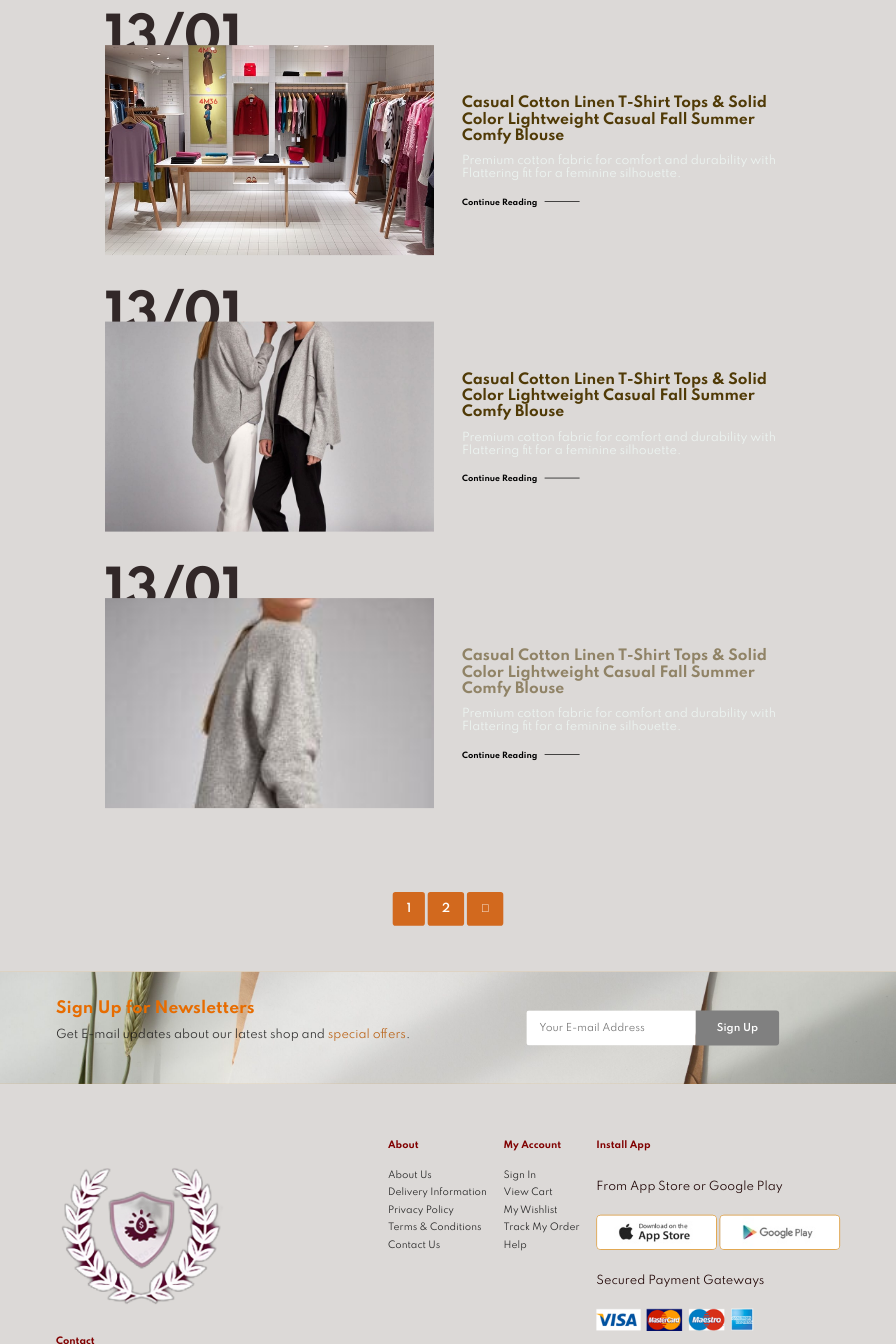
Repository: JhananiNallasamy/ECommerce-website-deployment
Page: blog.html
An editor plug-in stored every save of this project. The page is shown before and after the next save, followed by the edit.
The browser window is 1280 px wide. The pictures show the part of the page from y = 1308 to 3228 px (the page is 3598 px tall), at 70% of full size.
Some web libraries are served in a nearby version.

Above is the page before, as saved 2024-05-05 10:36:14.

After the next save:
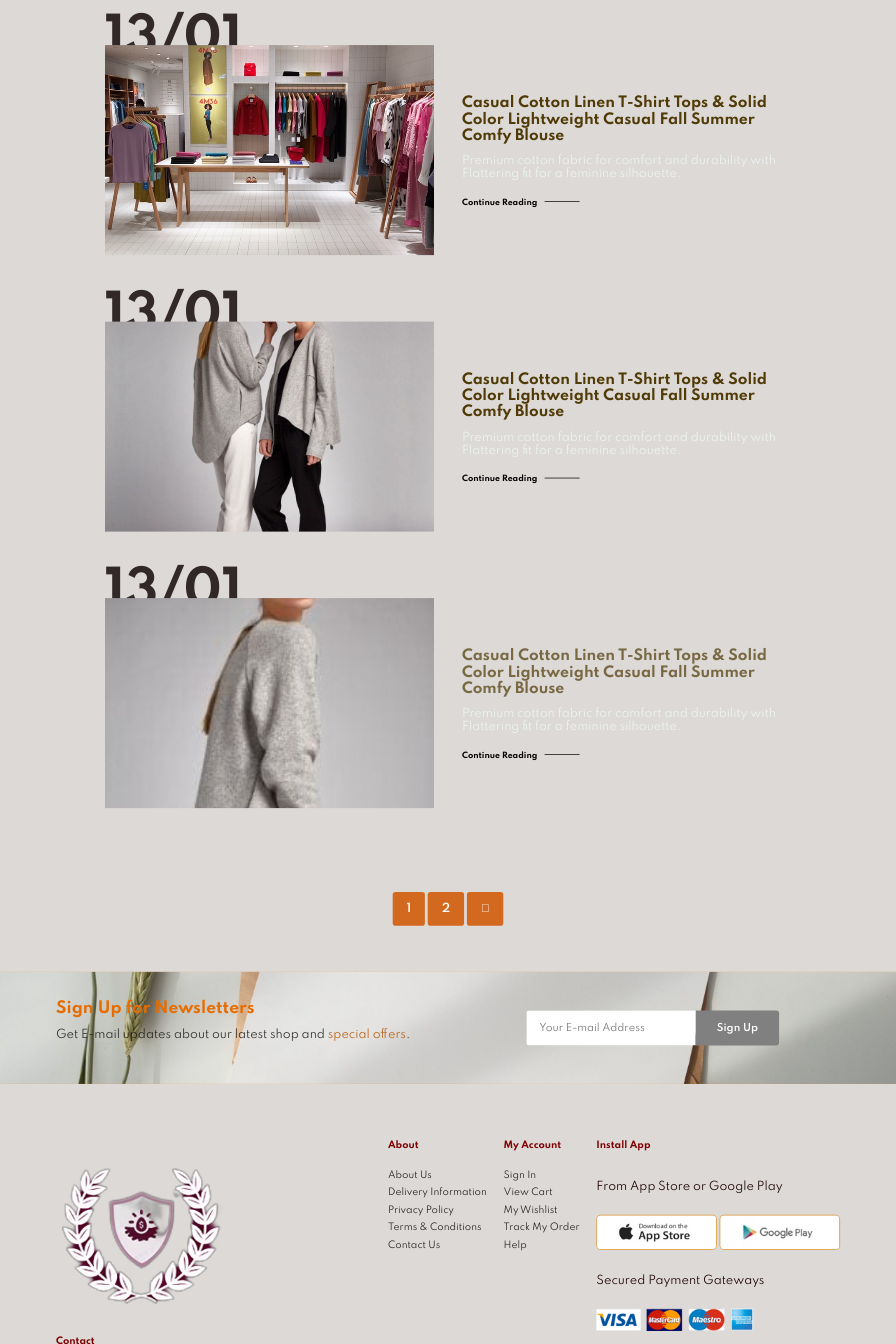
Saved 6 s later.
--- a/blog.html
+++ b/blog.html
@@ -87,7 +87,7 @@
                 <img src="img/blog/b5.jpg" alt="b5 in blog">
             </div>
             <div class="blog-details">
-            <h4 style="color: #503a068a;"> Casual Cotton Linen T-Shirt Tops & Solid Color Lightweight Casual Fall Summer Comfy Blouse </h4>
+            <h4 style="color: #503a06b4;"> Casual Cotton Linen T-Shirt Tops & Solid Color Lightweight Casual Fall Summer Comfy Blouse </h4>
             <p>Premium cotton fabric for comfort and durability with Flattering fit for a feminine silhouette.</p>
             <a href="#"> Continue Reading </a>
             </div>
